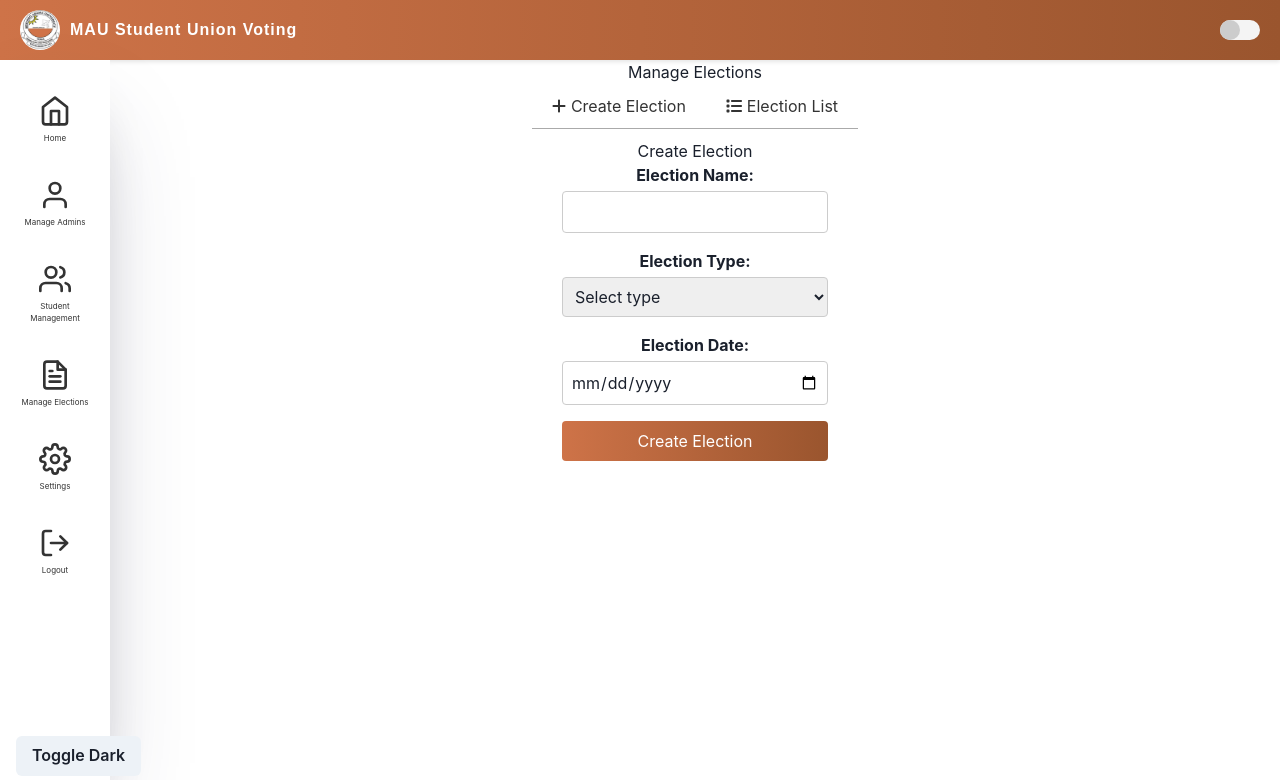
Repository: joena1o/e-vote
Page: /admin-dashboard/manage-elections
An editor plug-in stored every save of this project. The page is shown before and after the next save, followed by the edit.
The browser window is 1280 px wide. The pictures show the whole page.
The project was rebuilt for these pictures with package versions that can differ from the ones it lists, and the page was loaded fresh each time. Also part of the build but not shown: src/components/EnhancedLogin.js, src/components/maincontent/RegisterStudents/ManageStudents.js, src/components/maincontent/RegisterStudents/RegisterStudents.js, src/components/maincontent/RegisterStudents/StudentManagement.js, src/components/maincontent/ElectionResults/ViewResults.js, src/components/maincontent/Settings/Settings.js, src/api/index.js, src/components/maincontent/home/Home.styles.js and 5 more.

Above is the page before, as saved 2023-10-16 13:22:24.

### src/App.js
import React from 'react';
import { BrowserRouter as Router, Routes, Route, Navigate } from 'react-router-dom';
import EnhancedLogin from './components/EnhancedLogin';
import AdminDashboard from './components/AdminDashboard';
import { ChakraProvider, ColorModeProvider, Button, useColorMode } from '@chakra-ui/react';
import { Provider } from 'react-redux';
import store from './Redux/store';

// Component to toggle dark mode
function DarkModeToggle() {
  const { colorMode, toggleColorMode } = useColorMode();
  return (
    <Button onClick={toggleColorMode} position="fixed" m={4} zIndex={10}>
      Toggle {colorMode === 'light' ? 'Dark' : 'Light'}
    </Button>
  );
}

function App() {
  // Check if the current route is not the "/login" route, then render the DarkModeToggle
  const isLoginPage = window.location.pathname === '/login';

  return (
    <Provider store={store}>
      <ChakraProvider>
        <ColorModeProvider options={{ useSystemColorMode: true }}>
          <Router>
            <Routes>
              {/* Define your routes */}
              <Route path="/login" element={<EnhancedLogin />} />
              <Route path="/admin-dashboard/*" element={<AdminDashboard />} />
              {/* Redirect root to /admin-dashboard */}
              <Route path="/" element={<Navigate to="/admin-dashboard" replace />} />
            </Routes>
          </Router>
          {/* Render DarkModeToggle only if not on the "/login" page */}
          {!isLoginPage && <DarkModeToggle />}
        </ColorModeProvider>
      </ChakraProvider>
    </Provider>
  );
}

export default App;

### src/components/AdminDashboard.js
// AdminDashboard.js
import React from 'react';
import { Routes, Route } from 'react-router-dom';
import StudentManagement from './maincontent/RegisterStudents/StudentManagement';
import ViewResults from './maincontent/ElectionResults/ViewResults';
import Settings from './maincontent/Settings/Settings';
import Home from './maincontent/home/Home';
import ManageAdmin from './maincontent/ManageAdmins/ManageAdmins';
import ManageElections from './maincontent/ManageElections/ManageElections';
import Sidebar from './Sidebar';
import Navbar from './Navbar';
import styled from 'styled-components';

const Container = styled.div`
  display: flex;
  flex-direction: column;
  /* Add the following line to ensure Container fills the screen height */
  height: 100vh;
  width: 100%; /* Use 100% to fill the entire width of the screen */
`;


const Content = styled.div`
  display: flex;
  /* Add the following line to ensure Content fills the remaining screen space */
  flex: 1;
`;

const AdminDashboard = () => {
  return (
    <Container>
      <Navbar />
      <Content>
        <Sidebar />
        <Routes>
          <Route index element={<Home />} />
          <Route path="student-management" element={<StudentManagement />} />
          <Route path="view-results" element={<ViewResults />} />
          <Route path="settings" element={<Settings />} />
          <Route path="manage-admin" element={<ManageAdmin />} />
          <Route path="manage-elections" element={<ManageElections />} />
        </Routes>
      </Content>
    </Container>
  );
};

export default AdminDashboard;

### src/Redux/store.js
import { configureStore } from '@reduxjs/toolkit';
import electionReducer from './electionSlice';
import studentsReducer from './studentsSlice'; // Assuming you have a studentsSlice

const store = configureStore({
  reducer: {
    elections: electionReducer,
    students: studentsReducer, // Add the students reducer here
  },
});

export default store;

### src/components/maincontent/ManageElections/ManageElections.js
import React, { useState } from 'react';
import { Tab, TabList, TabPanel, Tabs } from 'react-tabs';
import 'react-tabs/style/react-tabs.css'; // Import styles for react-tabs
import styled from 'styled-components';
import CreateElections from './CreateElection';
import ElectionList from './ElectionList';
import { FontAwesomeIcon } from '@fortawesome/react-fontawesome';
import { faPlus, faList } from '@fortawesome/free-solid-svg-icons'; // Import Font Awesome icons

const FullHeightContainer = styled.div`
  height: 100%;
  display: flex;
  flex-direction: column;
  justify-content: flex-start;
  align-items: center;
  width: 100%;
`;

const TabsContainer = styled.div`
  text-align: center;
  width: 100%;
  max-width: 1200px;
  flex: 1;
  display: flex;
  flex-direction: column;
  align-items: center;
`;

const StyledTab = styled(Tab)`
  padding: 10px 20px;
  color: #333;
  cursor: pointer;
  margin: 0;
  display: flex;
  align-items: center;
  justify-content: center;
  transition: background-color 0.2s ease-in-out;

  &:hover {
    background-color: #e0e0e0;
  }

  &.react-tabs__tab--selected {
    background-color: #fff;
    border: none; /* Remove the border */
    border-radius: 5px 5px 0 0;
  }
`;

const IconWrapper = styled.div`
  margin-right: 5px;
`;

const ManageElections = () => {
  const [activeTab, setActiveTab] = useState(0);

  const handleTabChange = (index) => {
    setActiveTab(index);
  };

  return (
    <FullHeightContainer>
      <h1>Manage Elections</h1>
      <TabsContainer>
        <Tabs selectedIndex={activeTab} onSelect={handleTabChange}>
          <TabList style={{ display: 'flex', justifyContent: 'center' }}>
            <StyledTab>
              <IconWrapper>
                <FontAwesomeIcon icon={faPlus} />
              </IconWrapper>
              Create Election
            </StyledTab>
            <StyledTab>
              <IconWrapper>
                <FontAwesomeIcon icon={faList} />
              </IconWrapper>
              Election List
            </StyledTab>
          </TabList>
        </Tabs>
        <Tabs selectedIndex={activeTab} onSelect={handleTabChange}>
          <TabPanel>
            <CreateElections />
          </TabPanel>
          <TabPanel>
            <ElectionList />
          </TabPanel>
        </Tabs>
      </TabsContainer>
    </FullHeightContainer>
  );
};

export default ManageElections;

### src/components/Sidebar.js
import React from 'react';
import styled from 'styled-components';
import { Link } from 'react-router-dom';
import { FiHome, FiUser, FiUsers, FiFileText, FiSettings, FiLogOut } from 'react-icons/fi';
import { useColorMode } from '@chakra-ui/react';

const SidebarContainer = styled.nav`
  background: ${props => (props.theme === 'dark' ? '#333' : 'white')};
  padding: 15px;
  height: 100vh;
  color: ${props => (props.theme === 'dark' ? '#fff' : '#333')};
  box-shadow: rgba(50, 50, 93, 0.25) 0px 50px 100px -20px, rgba(0, 0, 0, 0.3) 0px 30px 60px -30px;
  display: flex;
  flex-direction: column;
`;

const LinkList = styled.ul`
  list-style-type: none;
  padding: 0;
  flex: 1;
`;

const StyledLink = styled(Link)`
  text-decoration: none;
  color: ${props => (props.theme === 'dark' ? '#fff' : '#333')};
  display: flex;
  flex-direction: column;
  align-items: center;
  transition: color 0.3s ease;
  margin-bottom: 15px;
  cursor: pointer;
  font-size: 0.5rem;

  @media (max-width: 768px) {
    font-size: 0.4rem;
  }

  @media (max-width: 480px) {
    font-size: 0.3rem;
  }

  &:hover {
    color: #ce7348;
  }

  width: 80px;
  text-align: center;
  word-wrap: break-word;
  overflow-wrap: break-word;
`;

const LinkItem = styled.li`
  display: flex;
  align-items: center;
  margin-top: 20px;
`;

const Icon = styled.div`
  font-size: 2rem;

  @media (max-width: 768px) {
    font-size: 0.9rem;
  }

  @media (max-width: 480px) {
    font-size: 0.8rem;
  }

  margin-bottom: 5px;
`;

function Sidebar() {
  const { colorMode } = useColorMode();

  return (
    <SidebarContainer theme={colorMode}>
      <LinkList>
        <LinkItem>
          <StyledLink to="/admin-dashboard" theme={colorMode}>
            <Icon><FiHome /></Icon>
            Home
          </StyledLink>
        </LinkItem>
        <LinkItem>
          <StyledLink to="/admin-dashboard/manage-admin" theme={colorMode}>
            <Icon><FiUser /></Icon>
            Manage Admins
          </StyledLink>
        </LinkItem>
        <LinkItem>
          <StyledLink to="/admin-dashboard/student-management" theme={colorMode}>
            <Icon><FiUsers /></Icon>
            Student Management
          </StyledLink>
        </LinkItem>
        <LinkItem>
          <StyledLink to="/admin-dashboard/manage-elections" theme={colorMode}>
            <Icon><FiFileText /></Icon>
            Manage Elections
          </StyledLink>
        </LinkItem>
        <LinkItem>
          <StyledLink to="/admin-dashboard/settings" theme={colorMode}>
            <Icon><FiSettings /></Icon>
            Settings
          </StyledLink>
        </LinkItem>
        <LinkItem>
          <StyledLink to="/logout" theme={colorMode}>
            <Icon><FiLogOut /></Icon>
            Logout
          </StyledLink>
        </LinkItem>
      </LinkList>
    </SidebarContainer>
  );
}

export default Sidebar;

### src/components/Navbar.js
import React from 'react';
import styled, { createGlobalStyle } from 'styled-components';
import logo from '../assets/school_logo.jpg';
import { useColorMode } from '@chakra-ui/react';

const GlobalStyle = createGlobalStyle`
  body {
    background-color: ${props => (props.theme === 'dark' ? '#333' : '#fff')};
    color: ${props => (props.theme === 'dark' ? '#fff' : '#000')};
  }
`;

const Header = styled.header`
  background: linear-gradient(to right, #ce7348, #9a552e);
  color: white;
  padding: 10px 20px;
  display: flex;
  align-items: center;
  justify-content: flex-start;
  box-shadow: 0px 2px 4px rgba(0, 0, 0, 0.1);
  font-family: 'Poppins', sans-serif;
`;

const Logo = styled.img`
  width: 40px;
  height: 40px;
  border-radius: 20px;
  margin-right: 10px;
`;

const Title = styled.h1`
  margin: 0;
  padding: 0;
  font-size: 1rem;
  font-weight: 600;
  letter-spacing: 1px;
`;

const ToggleSlider = styled.label`
  display: flex;
  align-items: center;
  cursor: pointer;
  margin-left: auto;
`;

const SliderInput = styled.input.attrs({ type: 'checkbox' })`
  display: none;
`;

const Slider = styled.div`
  width: 40px;
  height: 20px;
  background-color: ${props => (props.theme === 'dark' ? '#333' : '#f4f4f4')};
  border-radius: 20px;
  position: relative;
  transition: background-color 0.3s ease;
  cursor: pointer;

  &::after {
    content: '';
    width: 20px;
    height: 20px;
    border-radius: 50%;
    background-color: ${props => (props.theme === 'dark' ? '#fff' : '#ccc')};
    position: absolute;
    top: 50%;
    transform: translateY(-50%);
    left: ${props => (props.theme === 'dark' ? '20px' : '0')};
    transition: left 0.3s ease;
  }
`;

function Navbar() {
  const { colorMode, toggleColorMode } = useColorMode(); // Use Chakra UI's useColorMode hook

  return (
    <>
      <GlobalStyle theme={colorMode} />
      <Header>
        <Logo src={logo} alt="University Logo" />
        <Title>MAU Student Union Voting</Title>
        <ToggleSlider>
          <SliderInput type="checkbox" onChange={toggleColorMode} />
          <Slider theme={colorMode} />
        </ToggleSlider>
      </Header>
    </>
  );
}

export default Navbar;

### src/Redux/electionSlice.js
/*import { createSlice, createAsyncThunk } from '@reduxjs/toolkit';
import { API, graphqlOperation } from 'aws-amplify';
import { createElection as createElectionAPI } from '../graphql/mutations';

export const createElection = createAsyncThunk(
  'elections/createElection',
  async (election, { rejectWithValue }) => {
    try {
      const result = await API.graphql(graphqlOperation(createElectionAPI, { input: election }));
      return result.data.createElection;
    } catch (error) {
      return rejectWithValue(error);
    }
  }
);

const electionSlice = createSlice({
  name: 'elections',
  initialState: [],
  reducers: {},
  extraReducers: (builder) => {
    builder.addCase(createElection.fulfilled, (state, action) => {
      state.push(action.payload);
    });
  },
});

export default electionSlice.reducer;
*/

### src/Redux/studentsSlice.js
import { createSlice } from '@reduxjs/toolkit';

export const studentsSlice = createSlice({
  name: 'students',
  initialState: [],
  reducers: {
    addStudents: (state, action) => {
      // Add students to the Redux store
      action.payload.forEach(student => {
        state.push(student);
      });
    },
  },
});

export const { addStudents } = studentsSlice.actions;

export default studentsSlice.reducer;

### src/components/maincontent/ManageElections/CreateElection.js
import React from 'react';
import { useFormik } from 'formik';
import * as Yup from 'yup';
import { useDispatch } from 'react-redux';
import { createElection } from '../../../Redux/electionSlice';
import { toast } from 'react-toastify';
import 'react-toastify/dist/ReactToastify.css';
import styled from 'styled-components';

const FormContainer = styled.div`
  width: 100%;
  max-width: 400px;
  margin: 0 auto;
`;

const Form = styled.form`
  display: flex;
  flex-direction: column;
  gap: 1rem;
`;

const FormField = styled.div`
  display: flex;
  flex-direction: column;
`;

const FormLabel = styled.label`
  font-weight: bold;
  margin-bottom: 0.25rem;
`;

const FormInput = styled.input`
  padding: 0.5rem;
  border: 1px solid #ccc;
  border-radius: 4px;
  font-size: 1rem;
`;

const FormSelect = styled.select`
  padding: 0.5rem;
  border: 1px solid #ccc;
  border-radius: 4px;
  font-size: 1rem;
`;

const FormError = styled.div`
  color: red;
  font-size: 0.875rem;
  margin-top: 0.25rem;
`;

const CreateButton = styled.button`
  padding: 0.5rem;
  background: linear-gradient(to right, #ce7348, #9a552e);
  border: none;
  border-radius: 4px;
  font-size: 1rem;
  color: white;
  cursor: pointer;
  transition: background 0.2s ease-in-out;

  &:hover {
    background: linear-gradient(to right, #9a552e, #ce7348);
  }
`;

const validationSchema = Yup.object({
  name: Yup.string().required('Election name is required'),
  type: Yup.string().oneOf(['general', 'faculty', 'department'], 'Invalid election type').required('Election type is required'),
  date: Yup.date().required('Election date is required').nullable(),
  faculty: Yup.string().when('type', {
    is: 'faculty',
    then: Yup.string().required('Faculty name is required for faculty elections'),
  }),
  department: Yup.string().when('type', {
    is: 'department',
    then: Yup.string().required('Department name is required for department elections'),
  }),
});

const CreateElection = () => {
  const dispatch = useDispatch();
  const formik = useFormik({
    initialValues: {
      name: '',
      type: '',
      date: null,
      faculty: '',
      department: '',
    },
    validationSchema,
    onSubmit: (values, { resetForm }) => {
      dispatch(createElection(values));
      toast.success('Election created successfully!');
      resetForm();
    },
  });

  return (
    <FormContainer>
      <h2>Create Election</h2>
      <Form onSubmit={formik.handleSubmit}>
        <FormField>
          <FormLabel htmlFor="name">Election Name:</FormLabel>
          <FormInput
            id="name"
            name="name"
            type="text"
            onChange={formik.handleChange}
            value={formik.values.name}
          />
          {formik.errors.name && <FormError>{formik.errors.name}</FormError>}
        </FormField>

        <FormField>
          <FormLabel htmlFor="type">Election Type:</FormLabel>
          <FormSelect
            id="type"
            name="type"
            onChange={formik.handleChange}
            value={formik.values.type}
          >
            <option value="" label="Select type" />
            <option value="general" label="General" />
            <option value="faculty" label="Faculty" />
            <option value="department" label="Department" />
          </FormSelect>
          {formik.errors.type && <FormError>{formik.errors.type}</FormError>}
        </FormField>

        <FormField>
          <FormLabel htmlFor="date">Election Date:</FormLabel>
          <FormInput
            id="date"
            name="date"
            type="date"
            onChange={formik.handleChange}
            value={formik.values.date || ''}
          />
          {formik.errors.date && <FormError>{formik.errors.date}</FormError>}
        </FormField>

        {formik.values.type === 'faculty' && (
          <FormField>
            <FormLabel htmlFor="faculty">Faculty Name:</FormLabel>
            <FormInput
              id="faculty"
              name="faculty"
              type="text"
              onChange={formik.handleChange}
              value={formik.values.faculty}
            />
            {formik.errors.faculty && <FormError>{formik.errors.faculty}</FormError>}
          </FormField>
        )}

        {formik.values.type === 'department' && (
          <FormField>
            <FormLabel htmlFor="department">Department Name:</FormLabel>
            <FormInput
              id="department"
              name="department"
              type="text"
              onChange={formik.handleChange}
              value={formik.values.department}
            />
            {formik.errors.department && <FormError>{formik.errors.department}</FormError>}
          </FormField>
        )}

        <CreateButton type="submit">Create Election</CreateButton>
      </Form>
    </FormContainer>
  );
};

export default CreateElection;

Loaded but not shown: public/index.html (common file); src/index.js (common file); src/index.css (common file); src/reportWebVitals.js (common file)

After the next save:
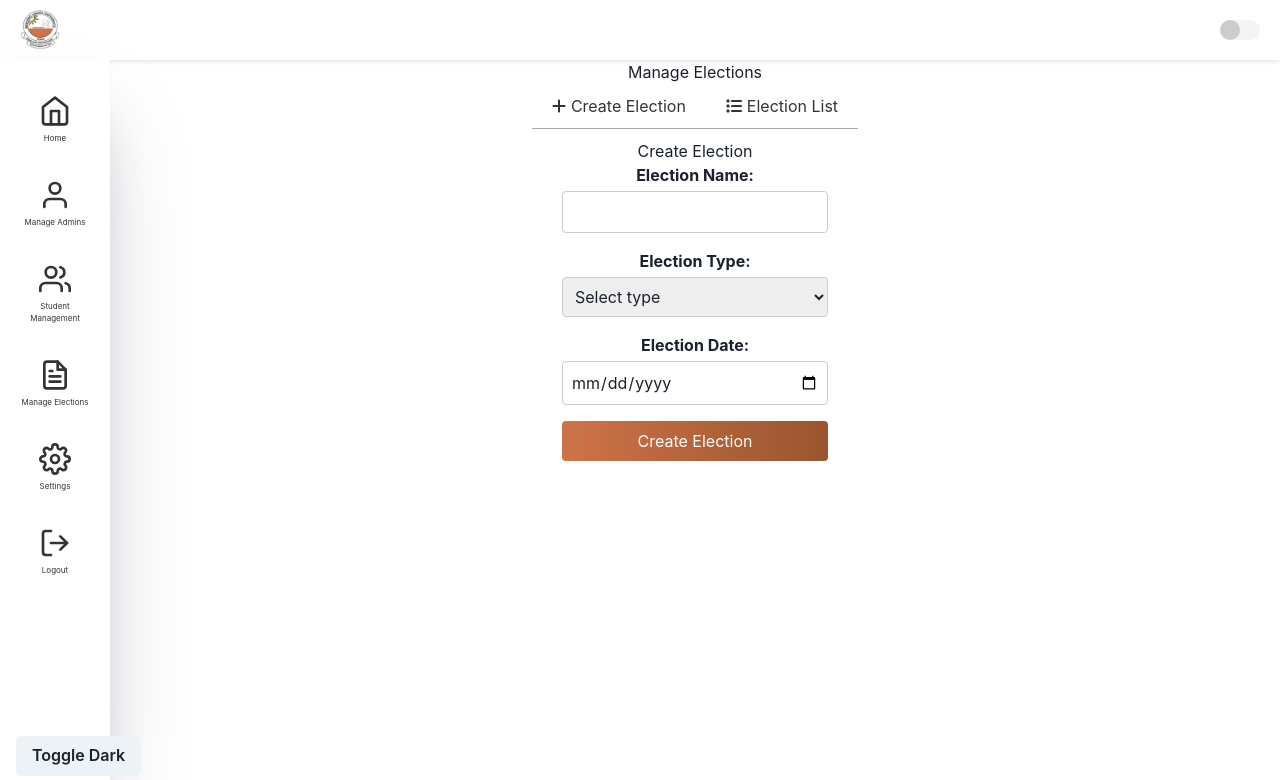
Saved 46 h 44 min later.
--- a/src/components/Navbar.js
+++ b/src/components/Navbar.js
@@ -11,7 +11,7 @@
 `;
 
 const Header = styled.header`
-  background: linear-gradient(to right, #ce7348, #9a552e);
+  background: white;
   color: white;
   padding: 10px 20px;
   display: flex;

After the save that followed:
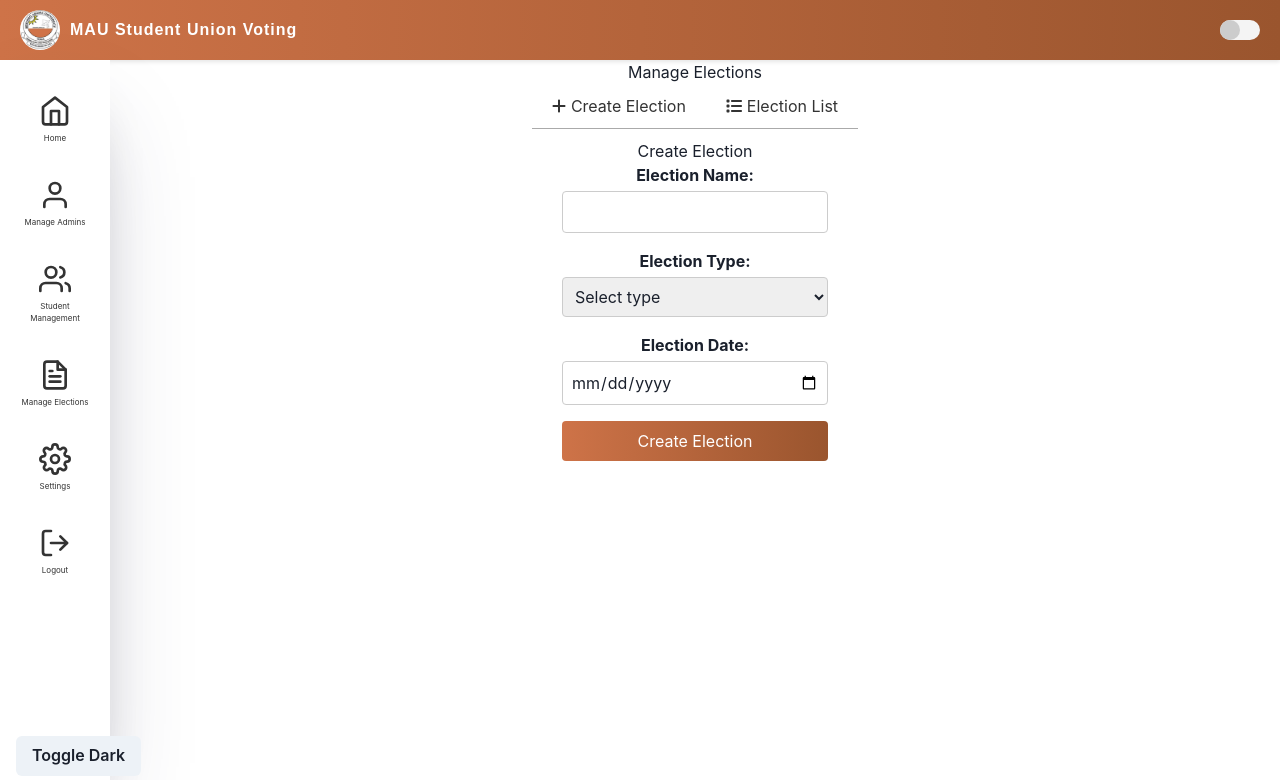
Saved 2 min 10 s later.
--- a/src/components/Navbar.js
+++ b/src/components/Navbar.js
@@ -11,7 +11,7 @@
 `;
 
 const Header = styled.header`
-  background: white;
+  background: linear-gradient(to right, #ce7348, #9a552e);
   color: white;
   padding: 10px 20px;
   display: flex;
